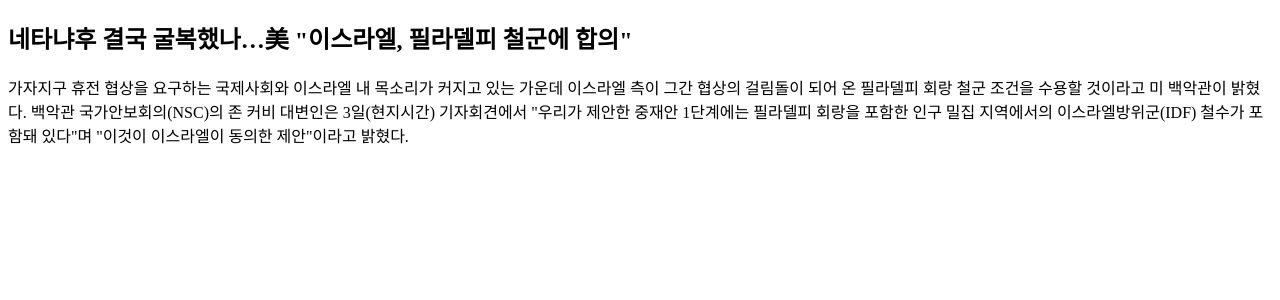
Repository: BaekDoHyeon/Kosta_04_FrontStudy
Page: http://localhost/web18_JQueryUI/tabpages/content2.jsp
These files come from the project's save history. The page is drawn as it stood at one moment and after the next save; the edit follows.
The browser window is 1280 px wide. The pictures show the whole page.
The page is served by Tomcat 9.

Above is the page before, as saved 2024-09-04 03:07:36.

After the next save:
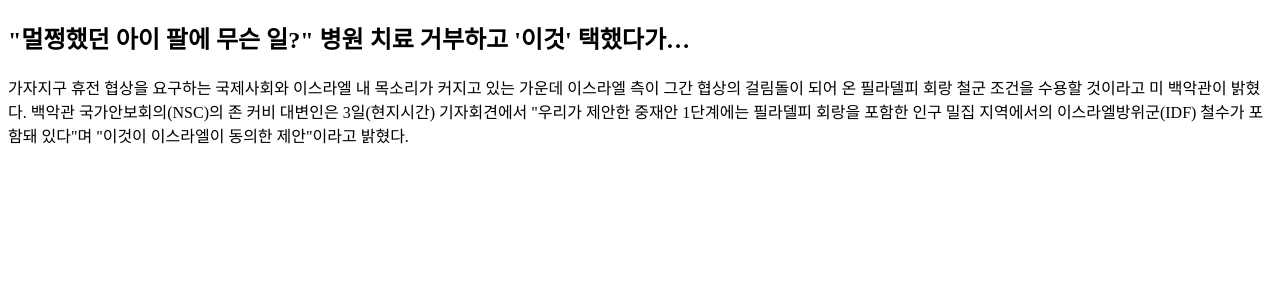
Saved 59 s later.
--- a/work05_BackEnd/web18_JQueryUI/src/main/webapp/tabpages/content2.jsp
+++ b/work05_BackEnd/web18_JQueryUI/src/main/webapp/tabpages/content2.jsp
@@ -9,7 +9,7 @@
 <title>Insert title here</title>
 </head>
 <body>
-<h2>네타냐후 결국 굴복했나…美 "이스라엘, 필라델피 철군에 합의"</h2>
+<h2>"멀쩡했던 아이 팔에 무슨 일?" 병원 치료 거부하고 '이것' 택했다가…</h2>
 <p>가자지구 휴전 협상을 요구하는 국제사회와 이스라엘 내 목소리가 커지고 있는 가운데 이스라엘 측이 그간 협상의 걸림돌이 되어 온 필라델피 회랑 철군 조건을 수용할 것이라고 미 백악관이 밝혔다.
 
 백악관 국가안보회의(NSC)의 존 커비 대변인은 3일(현지시간) 기자회견에서 "우리가 제안한 중재안 1단계에는 필라델피 회랑을 포함한 인구 밀집 지역에서의 이스라엘방위군(IDF) 철수가 포함돼 있다"며 "이것이 이스라엘이 동의한 제안"이라고 밝혔다.</p>
